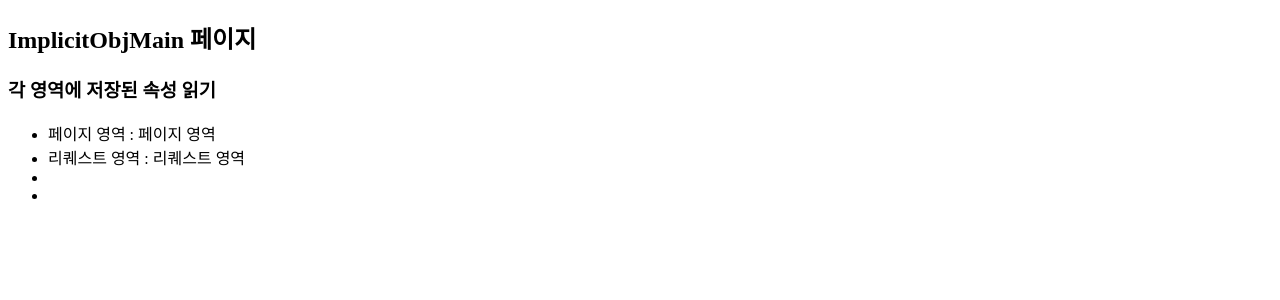
Repository: dogksi/JSP
Page: http://localhost/TestJSP/EL/ImplicitObjMain.jsp
These files come from the project's save history. The page is drawn as it stood at one moment and after the next save; the edit follows.
The browser window is 1280 px wide. The pictures show the whole page.
The page is served by Tomcat 10. Nobody is signed in. The application's start-up code is not run.

Above is the page before, as saved 2023-09-15 06:42:19.

After the next save:
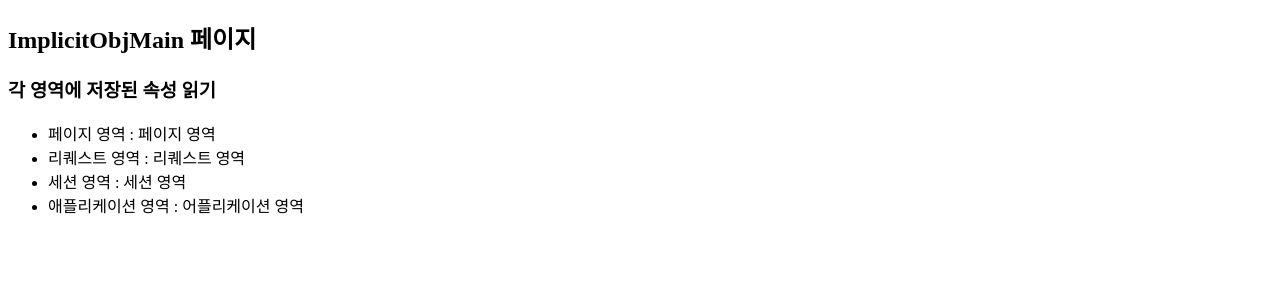
Saved 41 s later.
--- a/TestJSP/src/main/webapp/EL/ImplicitObjMain.jsp
+++ b/TestJSP/src/main/webapp/EL/ImplicitObjMain.jsp
@@ -18,8 +18,8 @@
 	<ul>
 		<li>페이지 영역 : ${ pageScope.scopeValue }</li>
 		<li>리퀘스트 영역 : ${ requestScope.scopeValue }</li>
-		<li></li>
-		<li></li>
+		<li>세션 영역 : ${sessionScope.scopeValue }</li>
+		<li>애플리케이션 영역 : ${applicationScope.scopeValue }</li>
 	</ul>
 </body>
 </html>
